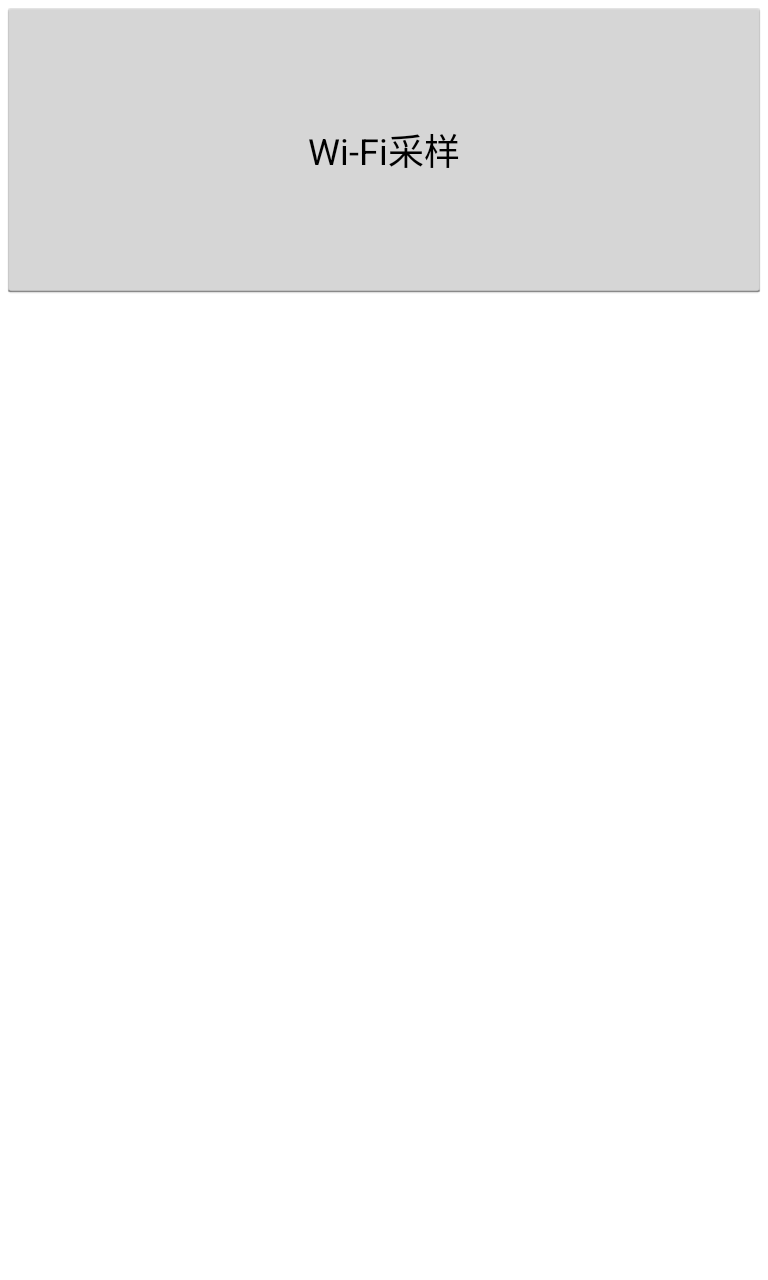
Repository: RenchuSong/tMap_Android
Layout: tmap_model_tool/res/layout/navigation.xml
The author's editor kept a copy of each file at every save. The layout is drawn from the files as they stood at one save, then again after the next save.
It is drawn on a 768 x 1280 px phone screen (xhdpi) without system bars, with theme AppTheme; the app's code is not run.

Above is the layout before, as saved 2014-05-11 18:52:21.

### tmap_model_tool/res/layout/navigation.xml
<?xml version="1.0" encoding="utf-8"?>
<LinearLayout xmlns:android="http://schemas.android.com/apk/res/android"
    android:layout_width="match_parent"
    android:layout_height="match_parent"
    android:orientation="vertical" >

    <Button
        android:id="@+id/sampleBtn"
        android:layout_width="match_parent"
        android:layout_height="150dp"
        android:text="Wi-Fi采样" />

</LinearLayout>

Loaded but not shown: tmap_model_tool/res/values/styles.xml (common file); tmap_model_tool/res/values-v11/styles.xml (common file); tmap_model_tool/res/values-v14/styles.xml (common file)

After the next save:
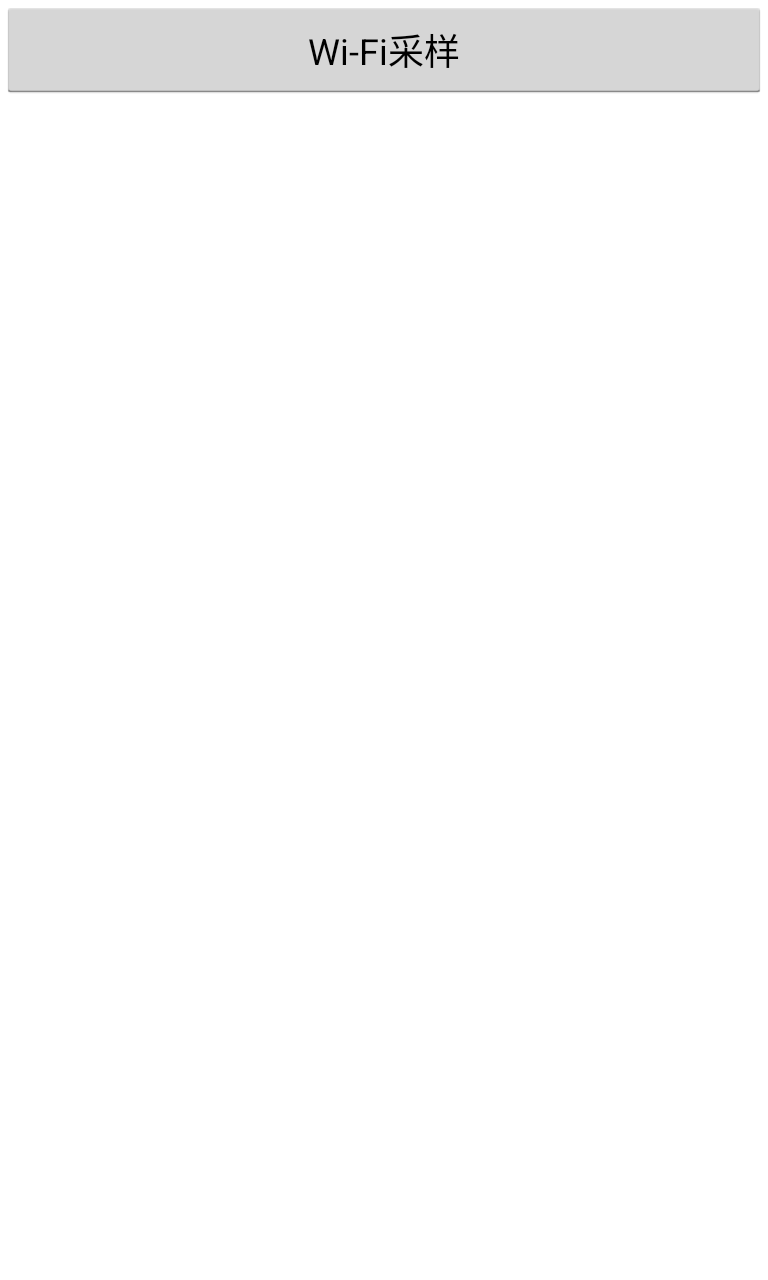
Saved 6 s later.
--- a/tmap_model_tool/res/layout/navigation.xml
+++ b/tmap_model_tool/res/layout/navigation.xml
@@ -7,7 +7,7 @@
     <Button
         android:id="@+id/sampleBtn"
         android:layout_width="match_parent"
-        android:layout_height="150dp"
+        android:layout_height="50dp"
         android:text="Wi-Fi采样" />
 
 </LinearLayout>
